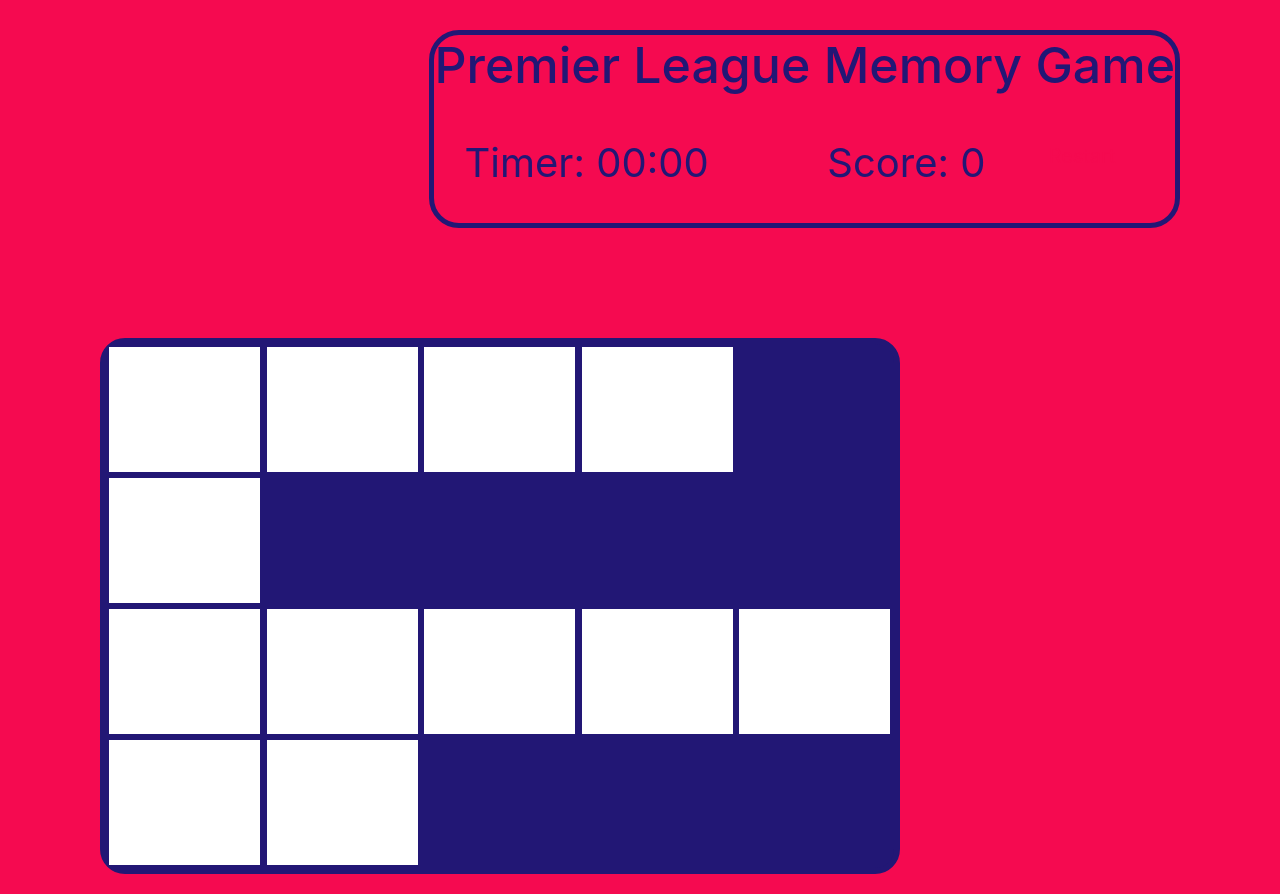
Repository: IchaTreasure/Premier-League-Memory-Game-
Page: index2.html
The author's editor kept a record of every edit. The page is drawn from the files as they stood at one moment, then again after the next edit.
The browser window is 1280 px wide. The pictures show the whole page.
Some web libraries are served in a nearby version.

Above is the page before.

After the next edit:
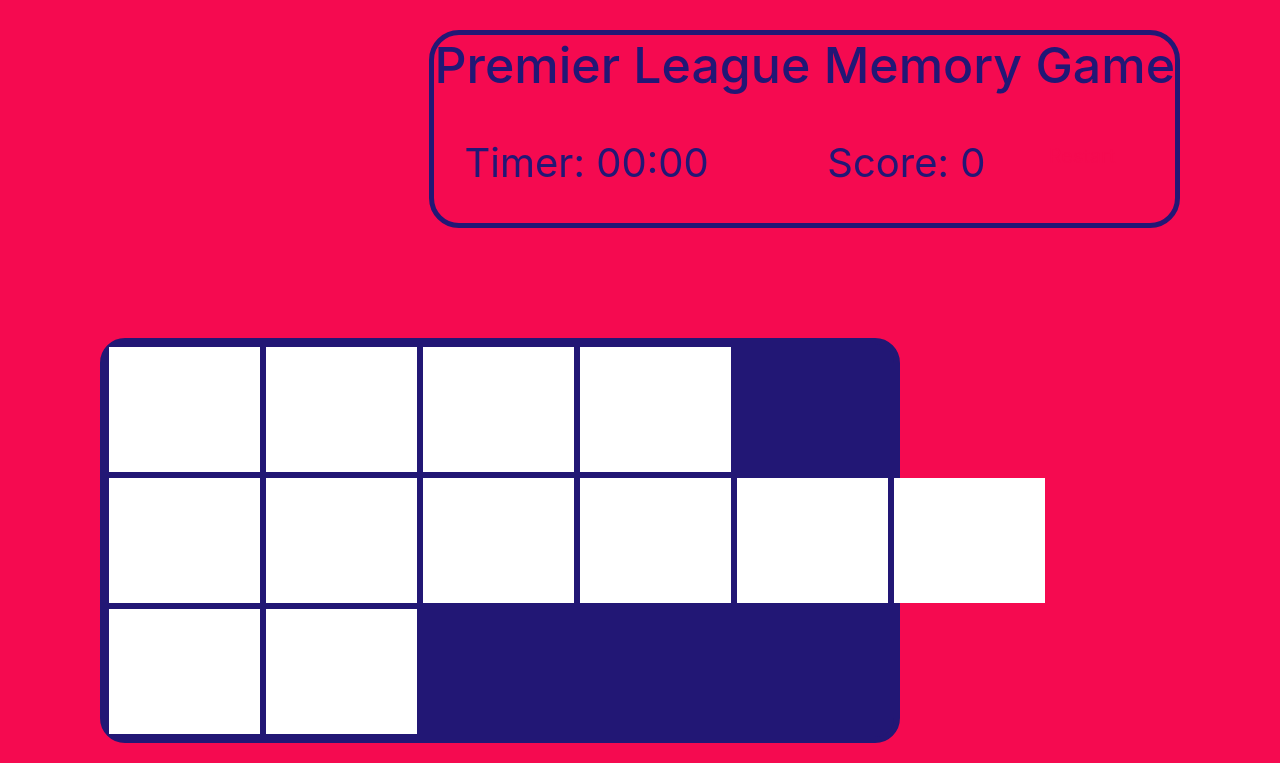
The edit:
--- a/index2.html
+++ b/index2.html
@@ -19,9 +19,9 @@
 <body>
     <div class="game-info">
         <!-- Title of the the game -->
-    <h1 style="color: #221775; text-align: center; font-size: 50px;">
-        Premier League Memory Game
-    </h1>
+        <h1 style="color: #221775; text-align: center; font-size: 50px;">
+            Premier League Memory Game
+        </h1>
         <table style="width:100%">
             <tr>
                 <td>
@@ -100,10 +100,10 @@
                         </div>
                     </div>
                 </td>
-                </tr>
-
-                <!-- div for the front and back images of the cards , coppied 20 time because its a 4x5 -->
-                <tr>
+            </tr>
+
+            <!-- div for the front and back images of the cards , coppied 20 time because its a 4x5 -->
+            <tr>
                 <td>
                     <div id="memory-card5" class="memory-card">
                         <div id="back-card5" class="back-card">
@@ -115,8 +115,7 @@
                     </div>
                 </td>
 
-            <!-- div for the front and back images of the cards , coppied 20 time because its a 4x5 -->
-            <tr>
+                <!-- div for the front and back images of the cards , coppied 20 time because its a 4x5 -->
                 <td>
                     <div id="memory-card6" class="memory-card">
                         <div id="back-card6" class="back-card">
